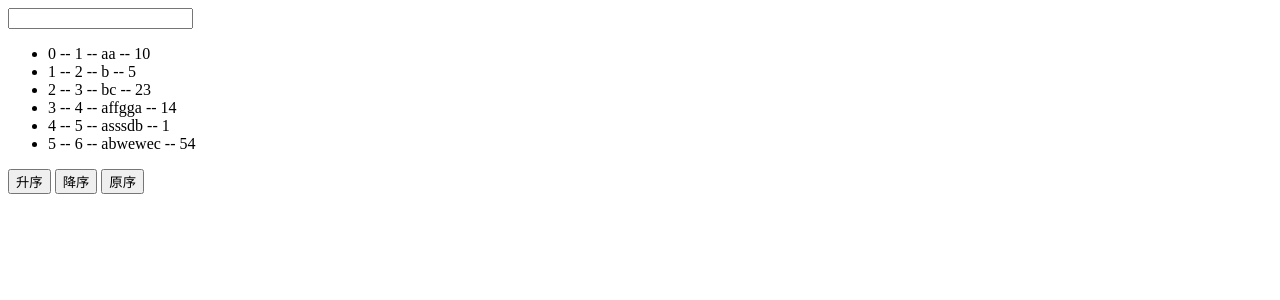
Repository: CodeHuai/vue_note
Page: 关于v-model以及计算属性的练习/index.html
An editor plug-in stored every save of this project. The page is shown before and after the next save, followed by the edit.
The browser window is 1280 px wide. The pictures show the whole page.

Above is the page before, as saved 2021-07-06 18:58:37.

After the next save:
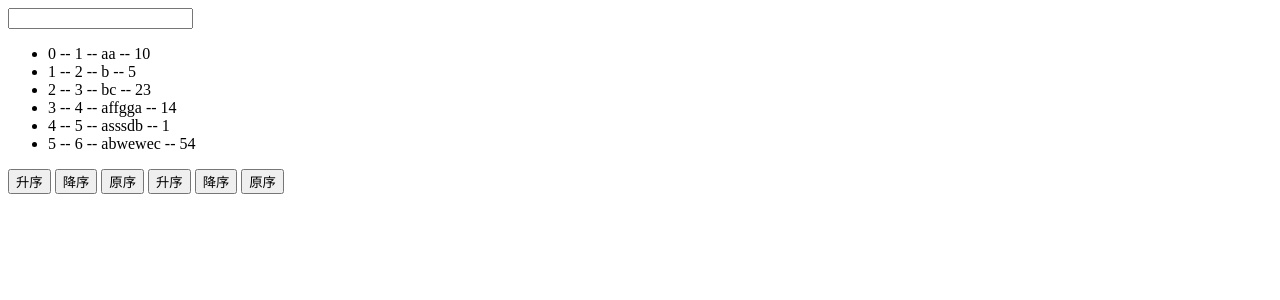
Saved 5 min 9 s later.
--- a/关于v-model以及计算属性的练习/index.html
+++ b/关于v-model以及计算属性的练习/index.html
@@ -20,6 +20,9 @@
         <button @click='searchType=1'>升序</button>
         <button @click='searchType=2'>降序</button>
         <button @click='searchType=0'>原序</button>
+        <button @click='searchType(1)'>升序</button>
+        <button @click='searchType(2)'>降序</button>
+        <button @click='searchType(0)'>原序</button>
     </div>
     <script src="../js/vue.js"></script>
     <script>
